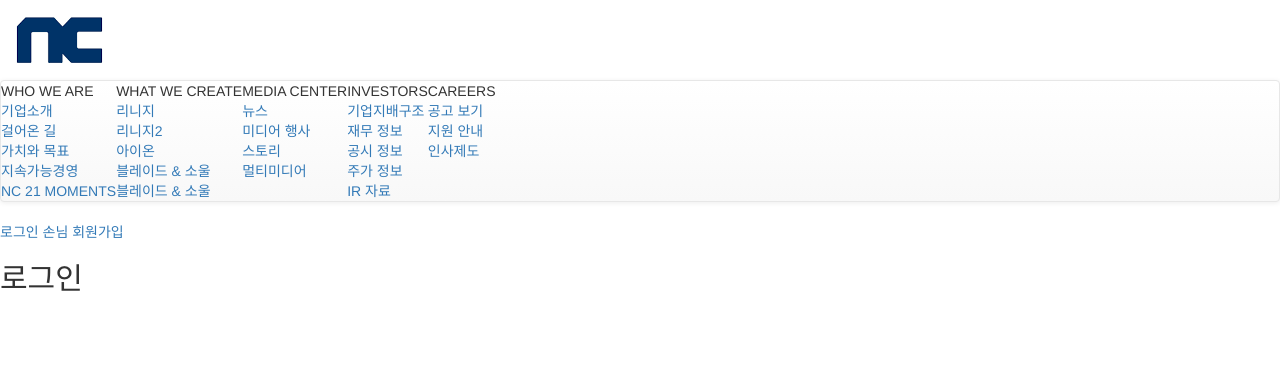
Repository: jyjoh97/SQL
Page: http://localhost/web01/login.jsp
An editor plug-in stored every save of this project. The page is shown before and after the next save, followed by the edit.
The browser window is 1280 px wide. The pictures show the whole page.
The page is served by Tomcat 9.

Above is the page before, as saved 2022-04-21 04:43:54.
Console error (its wording comes from the project's code and is left out).

After the next save:
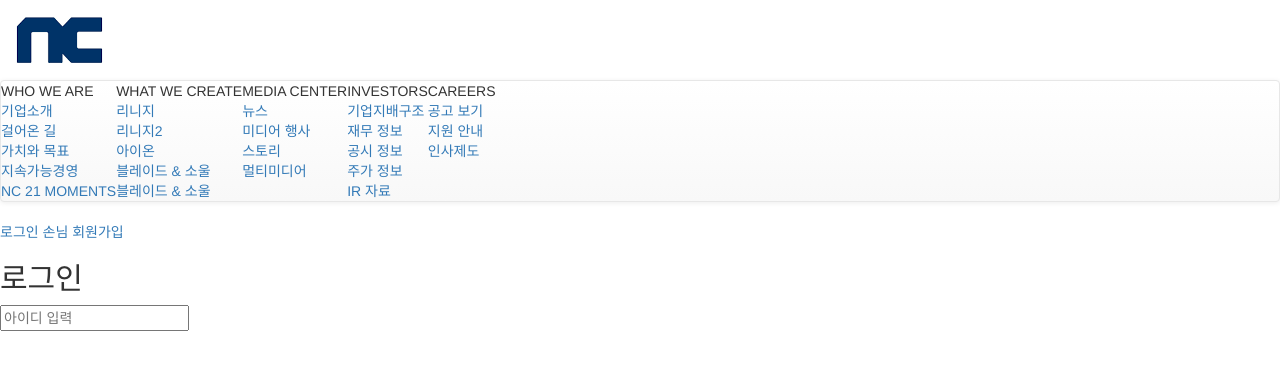
Saved 50 s later.
--- a/web01/src/main/webapp/login.jsp
+++ b/web01/src/main/webapp/login.jsp
@@ -17,7 +17,12 @@
 		</header>
 	<div class="content">
 		<h2>로그인</h2>
-		<form id="frm1" name="login"></form>
+		<form id="frm1" name="login">
+			<ul>
+				<li><input type="text" class="indata" id="uid" name="uid" placeholder="아이디 입력" requierd auto
+
+			</ul>
+		</form>
 
 	</div>
 
